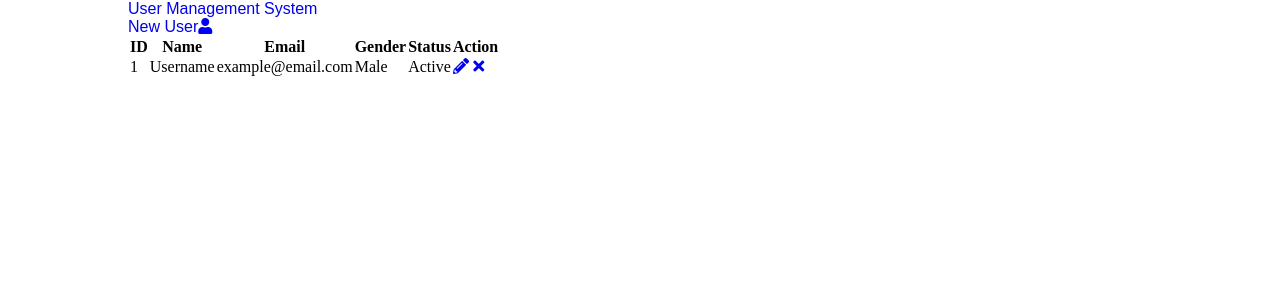
Repository: neeteshraj/CRUD
Page: views/index.html
An editor plug-in stored every save of this project. The page is shown before and after the next save, followed by the edit.
The browser window is 1280 px wide. The pictures show the whole page.
Some web fonts or font styles are not loaded; a fallback is used.

Above is the page before, as saved 2021-01-08 18:48:54.

After the next save:
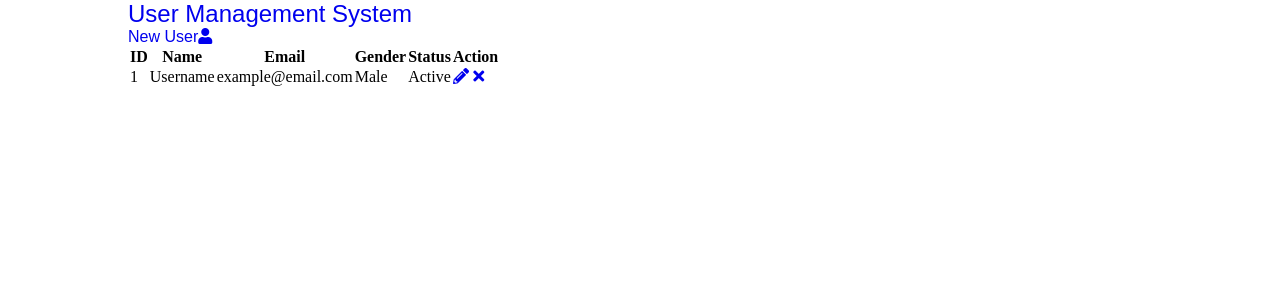
Saved 2 min 1 s later.
--- a/assets/css/style.css
+++ b/assets/css/style.css
@@ -21,3 +21,7 @@ a {
     max-width: 1024px;
     margin: auto;
 }
+
+.nav-brand {
+    font-size: 1.5em;
+}
